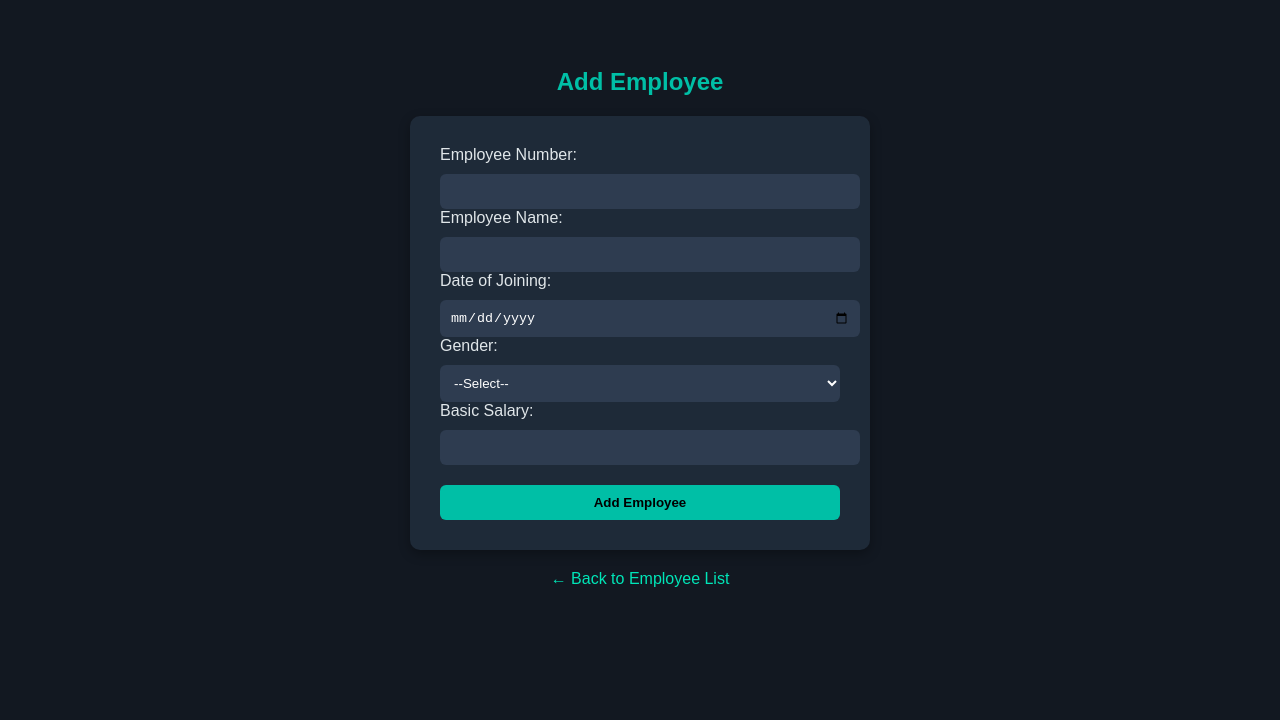
Repository: KUSUMA-74/Advance-JavaProject
Page: http://localhost/EmployeeWebApp/empadd.jsp
An editor plug-in stored every save of this project. The page is shown before and after the next save, followed by the edit.
The browser window is 1280 px wide. The pictures show the whole page.
The page is served by Tomcat 9. Other server files are loaded and not shown.

Above is the page before, as saved 2025-05-30 08:39:18.

### EmployeeWebApp/src/main/webapp/empadd.jsp
<%@ page contentType="text/html;charset=UTF-8" language="java" %>
<!DOCTYPE html>
<html>
<head>
    <title>Add Employee</title>
    <style>
        body {
            background-color: #121821;
            color: #e0e6e9;
            font-family: Arial, sans-serif;
            padding: 40px;
            display: flex;
            flex-direction: column;
            align-items: center;
        }
        h2 {
            color: #00bfa6;
        }
        form {
            background-color: #1e2a38;
            padding: 30px;
            border-radius: 10px;
            box-shadow: 0 4px 12px rgba(0,0,0,0.3);
            width: 400px;
        }
        input, select {
            width: 100%;
            padding: 10px;
            margin-top: 10px;
            border: none;
            border-radius: 6px;
            background-color: #2e3c50;
            color: white;
        }
        input[type=submit] {
            background-color: #00bfa6;
            color: black;
            font-weight: bold;
            margin-top: 20px;
            cursor: pointer;
        }
        a {
            margin-top: 20px;
            color: #00e6b8;
            text-decoration: none;
        }
        p {
            margin-top: 20px;
        }
    </style>
</head>
<body>
    <h2>Add Employee</h2>

    <form action="AddEmployeeServlet" method="post">
        <label>Employee Number:</label>
        <input type="number" name="empno" required />

        <label>Employee Name:</label>
        <input type="text" name="empname" required />

        <label>Date of Joining:</label>
        <input type="date" name="doj" required />

        <label>Gender:</label>
        <select name="gender" required>
            <option value="">--Select--</option>
            <option value="Male">Male</option>
            <option value="Female">Female</option>
        </select>

        <label>Basic Salary:</label>
        <input type="number" step="0.01" name="bsalary" required />

        <input type="submit" value="Add Employee" />
    </form>

    <a href="empdisplay.jsp">← Back to Employee List</a>

    <%
        String message = request.getParameter("message");
        String error = request.getParameter("error");
        if (message != null) {
    %>
        <p style="color:#00e676;"><%= message %></p>
    <%
        } else if (error != null) {
    %>
        <p style="color:#ff5252;"><%= error %></p>
    <%
        }
    %>
</body>
</html>

After the next save:
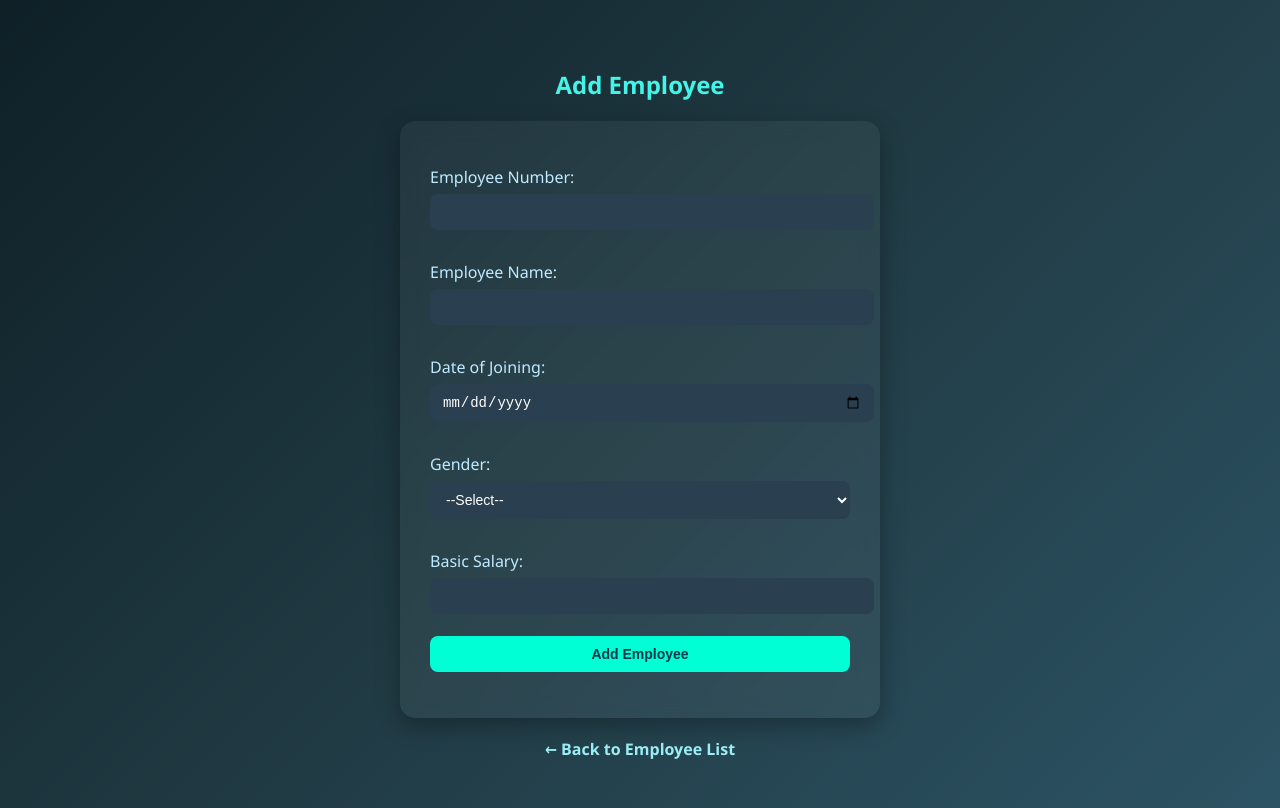
Saved 6 h 19 min later.
--- a/EmployeeWebApp/src/main/webapp/empadd.jsp
+++ b/EmployeeWebApp/src/main/webapp/empadd.jsp
@@ -5,47 +5,87 @@
     <title>Add Employee</title>
     <style>
         body {
-            background-color: #121821;
-            color: #e0e6e9;
-            font-family: Arial, sans-serif;
+            background: linear-gradient(135deg, #0f2027, #203a43, #2c5364);
+            color: #f1f1f1;
+            font-family: 'Segoe UI', Tahoma, Geneva, Verdana, sans-serif;
             padding: 40px;
             display: flex;
             flex-direction: column;
             align-items: center;
         }
+
         h2 {
-            color: #00bfa6;
+            color: #42f5e6;
+            margin-bottom: 20px;
         }
+
         form {
-            background-color: #1e2a38;
+            background: rgba(255, 255, 255, 0.05);
+            backdrop-filter: blur(10px);
+            border-radius: 15px;
             padding: 30px;
-            border-radius: 10px;
-            box-shadow: 0 4px 12px rgba(0,0,0,0.3);
-            width: 400px;
+            box-shadow: 0 8px 24px rgba(0, 0, 0, 0.3);
+            width: 420px;
+            transition: transform 0.2s ease;
         }
+
+        form:hover {
+            transform: scale(1.01);
+        }
+
+        label {
+            margin-top: 15px;
+            display: block;
+            font-weight: 500;
+            color: #c0eaff;
+        }
+
         input, select {
             width: 100%;
-            padding: 10px;
-            margin-top: 10px;
+            padding: 10px 12px;
+            margin-top: 6px;
+            margin-bottom: 16px;
             border: none;
-            border-radius: 6px;
-            background-color: #2e3c50;
-            color: white;
+            border-radius: 8px;
+            background-color: #2a3f4f;
+            color: #fff;
+            font-size: 14px;
         }
+
         input[type=submit] {
-            background-color: #00bfa6;
-            color: black;
+            background-color: #00ffd5;
+            color: #003a4d;
             font-weight: bold;
-            margin-top: 20px;
             cursor: pointer;
+            transition: background-color 0.3s ease;
         }
+
+        input[type=submit]:hover {
+            background-color: #00b3a1;
+        }
+
         a {
             margin-top: 20px;
-            color: #00e6b8;
+            color: #9ceef5;
             text-decoration: none;
+            font-weight: bold;
         }
+
+        a:hover {
+            text-decoration: underline;
+        }
+
         p {
             margin-top: 20px;
+            font-size: 15px;
+        }
+
+        .message {
+            color: #b9fbc0;
+        }
+
+        .error {
+            color: #ff6b6b;
         }
     </style>
 </head>
@@ -82,11 +122,11 @@
         String error = request.getParameter("error");
         if (message != null) {
     %>
-        <p style="color:#00e676;"><%= message %></p>
+        <p class="message"><%= message %></p>
     <%
         } else if (error != null) {
     %>
-        <p style="color:#ff5252;"><%= error %></p>
+        <p class="error"><%= error %></p>
     <%
         }
     %>
